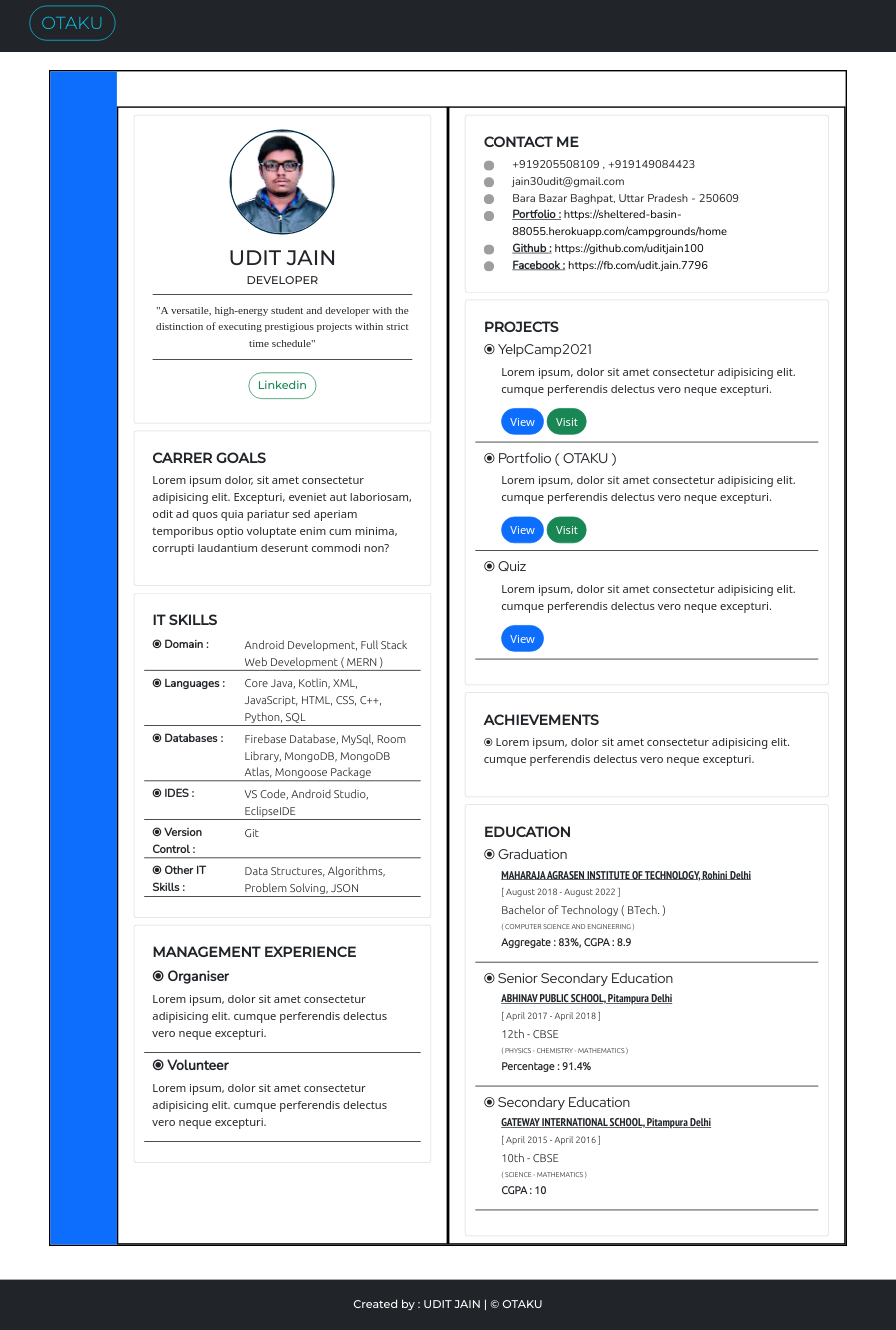
Repository: uditjain100/Responsive-Resume
Page: layouts/index.html
The author's editor kept a copy of each file at every save. The page is drawn from the files as they stood at one save, then again after the next save.
The browser window is 1280 px wide. The pictures show the whole page, at 70% of full size.
Pictures or frames that could not be fetched are drawn as grey boxes. Some web fonts or font styles are not loaded; a fallback is used. Some web libraries are served in a nearby version.

Above is the page before, as saved 2021-03-01 18:53:32.

### layouts/index.html
<!DOCTYPE html>
<html lang="en">
  <head>
    <meta charset="UTF-8" />
    <meta http-equiv="X-UA-Compatible" content="IE=edge" />
    <meta name="viewport" content="width=device-width, initial-scale=1.0" />
    <title>Udit Jain</title>
    <link rel="stylesheet" href="app.css" />
    <link
      href="https://cdn.jsdelivr.net/npm/bootstrap@5.0.0-beta1/dist/css/bootstrap.min.css"
      rel="stylesheet"
      integrity="sha384-giJF6kkoqNQ00vy+HMDP7azOuL0xtbfIcaT9wjKHr8RbDVddVHyTfAAsrekwKmP1"
      crossorigin="anonymous"
    />

    <link rel="preconnect" href="https://fonts.gstatic.com" />
    <link
      href="https://fonts.googleapis.com/css2?family=Montserrat:wght@300;500&display=swap"
      rel="stylesheet"
    />
    <link
      href="https://fonts.googleapis.com/css2?family=Roboto+Slab:wght@300&display=swap"
      rel="stylesheet"
    />
    <link
      href="https://fonts.googleapis.com/css2?family=Spartan:wght@500&display=swap"
      rel="stylesheet"
    />
    <link
      href="https://fonts.googleapis.com/css2?family=Red+Hat+Display&display=swap"
      rel="stylesheet"
    />
    <link
      href="https://fonts.googleapis.com/css2?family=Ubuntu:wght@300&display=swap"
      rel="stylesheet"
    />
    <link
      href="https://fonts.googleapis.com/css2?family=Quicksand:wght@700&display=swap"
      rel="stylesheet"
    />
    <link
      href="https://fonts.googleapis.com/css2?family=Nunito&display=swap"
      rel="stylesheet"
    />
    <link
      href="https://fonts.googleapis.com/css2?family=Akaya+Kanadaka&display=swap"
      rel="stylesheet"
    />
    <link
      href="https://fonts.googleapis.com/css2?family=Akaya+Kanadaka&family=PT+Sans+Narrow:wght@700&display=swap"
      rel="stylesheet"
    />
  </head>
  <body>
    <header class="header">
      <nav class="navbar navbar-expand-lg navbar-light bg-dark pb-3 fixed-top">
        <div class="container-fluid">
          <a
            id="navtitle"
            class="navbar-brand text-info px-3 rounded-pill border border-info"
            href="#"
            >OTAKU</a
          >
        </div>
      </nav>
    </header>

    <div class="container">
      <div id="wholewindow" class="row">
        <div class="col-1 bg-primary"></div>
        <div id="leftwindow" class="col-5">
          <div id="namebox" class="card">
            <img
              id="profileimg"
              src="profile.jpg"
              class="card-img-top"
              alt="..."
            />
            <div class="card-body">
              <h3 class="card-title" style="font-size: 30px; font-weight: 400">
                UDIT JAIN
              </h3>
              <h6 class="card-subtitle">DEVELOPER</h6>
              <p id="summary">
                "A versatile, high-energy student and developer with the
                distinction of executing prestigious projects within strict time
                schedule"
              </p>
              <a href="#" class="btn btn-outline-success rounded-pill m-2"
                >Linkedin</a
              >
            </div>
          </div>
          <div id="goalbox" class="card">
            <div class="card-body">
              <h3 class="card-title">CARRER GOALS</h3>
              <p>
                Lorem ipsum dolor, sit amet consectetur adipisicing elit.
                Excepturi, eveniet aut laboriosam, odit ad quos quia pariatur
                sed aperiam temporibus optio voluptate enim cum minima, corrupti
                laudantium deserunt commodi non?
              </p>
            </div>
          </div>
          <div id="itskillsbox" class="card">
            <div class="card-body">
              <h3 class="card-title">IT SKILLS</h3>
              <ul class="list-group">
                <li id="itskillsitem" class="row">
                  <span class="col-4" id="que">⦿ Domain : </span>
                  <span class="col-8" id="ans"
                    >Android Development, Full Stack Web Development ( MERN
                    )</span
                  >
                </li>
                <li id="itskillsitem" class="row">
                  <span class="col-4" id="que">⦿ Languages : </span>
                  <span class="col-8" id="ans"
                    >Core Java, Kotlin, XML, JavaScript, HTML, CSS, C++, Python,
                    SQL</span
                  >
                </li>
                <li id="itskillsitem" class="row">
                  <span class="col-4" id="que">⦿ Databases : </span>
                  <span class="col-8" id="ans"
                    >Firebase Database, MySql, Room Library, MongoDB, MongoDB
                    Atlas, Mongoose Package</span
                  >
                </li>
                <li id="itskillsitem" class="row">
                  <span class="col-4" id="que">⦿ IDES : </span>
                  <span class="col-8" id="ans"
                    >VS Code, Android Studio, EclipseIDE</span
                  >
                </li>
                <li id="itskillsitem" class="row">
                  <span class="col-4" id="que">⦿ Version Control : </span>
                  <span class="col-8" id="ans">Git</span>
                </li>
                <li id="itskillsitem" class="row">
                  <span class="col-4" id="que">⦿ Other IT Skills : </span>
                  <span class="col-8" id="ans"
                    >Data Structures, Algorithms, Problem Solving, JSON</span
                  >
                </li>
              </ul>
            </div>
          </div>
          <div id="managementskillsbox" class="card">
            <div class="card-body">
              <h3 class="card-title">MANAGEMENT EXPERIENCE</h3>
              <ul class="list-group">
                <li id="managementskillsitem" class="row">
                  <h5 id="que" class="display-10">⦿ Organiser</h5>
                  <p>
                    Lorem ipsum, dolor sit amet consectetur adipisicing elit.
                    cumque perferendis delectus vero neque excepturi.
                  </p>
                </li>
                <li id="managementskillsitem" class="row">
                  <h5 id="que" class="display-10">⦿ Volunteer</h5>
                  <p>
                    Lorem ipsum, dolor sit amet consectetur adipisicing elit.
                    cumque perferendis delectus vero neque excepturi.
                  </p>
                </li>
              </ul>
            </div>
          </div>
        </div>
        <div id="rightwindow" class="col-6">
          <div id="contactbox" class="card">
            <div class="card-body">
              <h3 class="card-title">CONTACT ME</h3>
              <ul class="list-group">
                <li id="contactitem" class="row">
                  <div class="col-1">
                    <img
                      src="https://cdn.jsdelivr.net/npm/simple-icons@3.0.1/icons/android.svg"
                      alt=""
                    />
                  </div>
                  <div class="col-11">+919205508109 , +919149084423</div>
                </li>
                <li id="contactitem" class="row">
                  <div class="col-1">
                    <img
                      src="https://cdn.jsdelivr.net/npm/simple-icons@3.0.1/icons/gmail.svg"
                      alt=""
                    />
                  </div>
                  <div class="col-11">jain30udit@gmail.com</div>
                </li>
                <li id="contactitem" class="row">
                  <div class="col-1">
                    <img
                      src="https://cdn.jsdelivr.net/npm/simple-icons@3.0.1/icons/googlemaps.svg"
                      alt=""
                    />
                  </div>
                  <div class="col-11">
                    Bara Bazar Baghpat, Uttar Pradesh - 250609
                  </div>
                </li>
                <li id="contactitem" class="row">
                  <div class="col-1">
                    <img
                      src="https://cdn.jsdelivr.net/npm/simple-icons@4.13.0/icons/webpack.svg"
                      alt=""
                    />
                  </div>
                  <div style="text-align: left; margin-left: 0" class="col-11">
                    <span style="text-decoration: underline; font-weight: 800"
                      >Portfolio :</span
                    >
                    <a
                      href="https://sheltered-basin-88055.herokuapp.com/campgrounds/home"
                      ><span
                        >https://sheltered-basin-88055.herokuapp.com/campgrounds/home</span
                      ></a
                    >
                  </div>
                </li>
                <li id="contactitem" class="row">
                  <div class="col-1">
                    <img
                      src="https://cdn.jsdelivr.net/npm/simple-icons@4.13.0/icons/github.svg"
                      alt=""
                    />
                  </div>
                  <div style="text-align: left; margin-left: 0" class="col-11">
                    <span style="text-decoration: underline; font-weight: 800"
                      >Github :</span
                    >
                    <a href="https://github.com/uditjain100"
                      ><span>https://github.com/uditjain100</span></a
                    >
                  </div>
                </li>
                <li id="contactitem" class="row">
                  <div class="col-1">
                    <img
                      src="https://cdn.jsdelivr.net/npm/simple-icons@4.13.0/icons/facebook.svg"
                      alt=""
                    />
                  </div>
                  <div style="text-align: left; margin-left: 0" class="col-11">
                    <span style="text-decoration: underline; font-weight: 800"
                      >Facebook :</span
                    >
                    <a href="https://fb.com/udit.jain.7796"
                      ><span>https://fb.com/udit.jain.7796</span></a
                    >
                  </div>
                </li>
              </ul>
            </div>
          </div>
          <div id="projectbox" class="card">
            <div class="card-body">
              <h3 class="card-title">PROJECTS</h3>
              <ul class="list-group">
                <li id="projectitem" class="row">
                  <h5 id="projecttitle" class="display-10">⦿ YelpCamp2021</h5>
                  <div id="projectdetails">
                    <p>
                      Lorem ipsum, dolor sit amet consectetur adipisicing elit.
                      cumque perferendis delectus vero neque excepturi.
                    </p>
                    <span>
                      <a href="" class="btn btn-primary rounded-pill">View</a>
                      <a href="" class="btn btn-success rounded-pill">Visit</a>
                    </span>
                  </div>
                </li>
                <li id="projectitem" class="row">
                  <h5 id="projecttitle" class="display-10">
                    ⦿ Portfolio ( OTAKU )
                  </h5>
                  <div id="projectdetails">
                    <p>
                      Lorem ipsum, dolor sit amet consectetur adipisicing elit.
                      cumque perferendis delectus vero neque excepturi.
                    </p>
                    <span>
                      <a
                        href="https://github.com/uditjain100/YelpCamp2021"
                        class="btn btn-primary rounded-pill"
                        >View</a
                      >
                      <a
                        href="https://sheltered-basin-88055.herokuapp.com/campgrounds/home"
                        class="btn btn-success rounded-pill"
                        >Visit</a
                      >
                    </span>
                  </div>
                </li>
                <li id="projectitem" class="row">
                  <h5 id="projecttitle" class="display-10">⦿ Quiz</h5>
                  <div id="projectdetails">
                    <p>
                      Lorem ipsum, dolor sit amet consectetur adipisicing elit.
                      cumque perferendis delectus vero neque excepturi.
                    </p>
                    <span>
                      <a
                        href="https://github.com/uditjain100/Quiz"
                        class="btn btn-primary rounded-pill"
                        >View</a
                      >
                    </span>
                  </div>
                </li>
              </ul>
            </div>
          </div>
          <div id="achievementsbox" class="card">
            <div class="card-body">
              <h3 class="card-title">ACHIEVEMENTS</h3>
              <ul class="list-group">
                <li id="achievementitem" class="row">
                  <p>
                    ⦿ Lorem ipsum, dolor sit amet consectetur adipisicing elit.
                    cumque perferendis delectus vero neque excepturi.
                  </p>
                </li>
              </ul>
            </div>
          </div>
          <div id="educationbox" class="card">
            <div class="card-body">
              <h3 class="card-title">EDUCATION</h3>
              <ul class="list-group">
                <li id="educationitem" class="row">
                  <h5 id="educationtitle" class="display-10">⦿ Graduation</h5>
                  <div id="details" style="margin-left: 25px">
                    <h6
                      id="institutename"
                      style="font-family: 'PT Sans Narrow'"
                      class="display-12"
                    >
                      MAHARAJA AGRASEN INSTITUTE OF TECHNOLOGY, Rohini Delhi
                    </h6>
                    <h6
                      class="text-fade"
                      id="timestamp"
                      style="font-weight: 400"
                    >
                      [ August 2018 - August 2022 ]
                    </h6>
                    <h6 id="stream">Bachelor of Technology ( BTech. )</h6>
                    <h6 id="subjects">( COMPUTER SCIENCE AND ENGINEERING )</h6>
                    <h6 id="marks">Aggregate : 83%, CGPA : 8.9</h6>
                  </div>
                </li>
                <li id="educationitem" class="row">
                  <h5 id="educationtitle" class="display-10">
                    ⦿ Senior Secondary Education
                  </h5>
                  <div id="details" style="margin-left: 25px">
                    <h6
                      id="institutename"
                      style="font-family: 'PT Sans Narrow'"
                      class="display-12"
                    >
                      ABHINAV PUBLIC SCHOOL, Pitampura Delhi
                    </h6>
                    <h6
                      class="text-fade"
                      id="timestamp"
                      style="font-weight: 400"
                    >
                      [ April 2017 - April 2018 ]
                    </h6>
                    <h6 id="stream">12th - CBSE</h6>
                    <h6 id="subjects">( PHYSICS - CHEMISTRY - MATHEMATICS )</h6>
                    <h6 id="marks">Percentage : 91.4%</h6>
                  </div>
                </li>
                <li id="educationitem" class="row">
                  <h5 id="educationtitle" class="display-10">
                    ⦿ Secondary Education
                  </h5>
                  <div id="details" style="margin-left: 25px">
                    <h6
                      id="institutename"
                      style="font-family: 'PT Sans Narrow'"
                      class="display-12"
                    >
                      GATEWAY INTERNATIONAL SCHOOL, Pitampura Delhi
                    </h6>
                    <h6
                      class="text-fade"
                      id="timestamp"
                      style="font-weight: 400"
                    >
                      [ April 2015 - April 2016 ]
                    </h6>
                    <h6 id="stream">10th - CBSE</h6>
                    <h6 id="subjects">( SCIENCE - MATHEMATICS )</h6>
                    <h6 id="marks">CGPA : 10</h6>
                  </div>
                </li>
              </ul>
            </div>
          </div>
        </div>
      </div>
    </div>

    <footer class="footer bg-dark mt-5 py-4">
      <div class="container">
        <span class="" style="text-align: center"
          >Created by : UDIT JAIN | &copy; OTAKU</span
        >
      </div>
    </footer>

    <script
      src="https://cdn.jsdelivr.net/npm/@popperjs/core@2.6.0/dist/umd/popper.min.js"
      integrity="sha384-KsvD1yqQ1/1+IA7gi3P0tyJcT3vR+NdBTt13hSJ2lnve8agRGXTTyNaBYmCR/Nwi"
      crossorigin="anonymous"
    ></script>
    <script
      src="https://cdn.jsdelivr.net/npm/bootstrap@5.0.0-beta2/dist/js/bootstrap.min.js"
      integrity="sha384-nsg8ua9HAw1y0W1btsyWgBklPnCUAFLuTMS2G72MMONqmOymq585AcH49TLBQObG"
      crossorigin="anonymous"
    ></script>

    <script src="https://cdnjs.cloudflare.com/ajax/libs/typed.js/2.0.11/typed.min.js"></script>

    <script src="app.js"></script>
  </body>
</html>

### layouts/app.css
/* * Common Section */

@keyframes transitionIn {
  from {
    opacity: 0;
    transform: rotateY(-10deg);
  }
  to {
    opacity: 1;
    transform: rotateY(0);
  }
}

html {
  animation: transitionIn 1s;
}

/* * Navbar Section */

#navtitle {
  font-family: "Montserrat";
  font-size: 25px;
  font-weight: 300;
  margin-left: 30px;
}

#navlist li {
  font-family: "Montserrat";
  font-weight: 200;
  margin: 10px;
  padding: 10px;
  font-size: 20px;
  transition: 0.1s;
  display: flex;
  flex-direction: column-reverse;
  align-items: center;
}

#navlist li img {
  width: 30px;
  display: none;
  height: 30px;
  margin: 5px;
  border-radius: 50%;
}

#navlist li:hover {
  font-weight: 500;
  border-bottom-left-radius: 10%;
  border-bottom-right-radius: 10%;
  border-bottom: 2px white solid;
}

@media (max-width: 993px) {
  #navlist li img {
    display: flex;
    background-color: grey;
  }
}

/*  ********************* resume work */

#wholewindow {
  margin-top: 100px;
  border: 2px black solid;
  display: flex;
  flex-direction: row;
  flex-wrap: wrap;
  justify-content: space-evenly;
  /* align-items: center; */
}

#leftwindow,
#rightwindow {
  margin-top: 50px;
  border: 2px black solid;
  min-width: 400px;
}

#namebox {
  display: flex;
  flex-direction: column;
  flex-wrap: wrap;
  justify-content: space-evenly;
  align-items: center;
  text-align: center;
  font-family: "Montserrat";
}

#profileimg {
  width: 150px;
  height: 150px;
  border-radius: 50%;
  border: 2px #003049 solid;
  margin-top: 10px;
}
#summary {
  font-family: "Akaya Kanadaka";
  margin-top: 10px;
  margin-bottom: 10px;
  padding-top: 10px;
  padding-bottom: 10px;

  border-bottom: 1px black solid;
  border-top: 1px black solid;
}

#itskillsitem,
#managementskillsitem {
  border-bottom: 1px black solid;
  margin-top: 3px;
  margin-bottom: 3px;
}

#que {
  font-family: "Nunito";
  font-weight: 900;
  text-align: left;
}

#ans {
  font-family: "Ubuntu";
  font-weight: 400;
  text-align: left;
}

li img {
  width: 15px;
  height: 15px;
  border-radius: 50%;
  margin-right: 5px;
}

#contactitem {
  font-family: "Nunito";
}

#contactitem div a {
  color: black;
  text-decoration: none;
  transition: 0.3s;
}

#contactitem div a:hover {
  color: dodgerblue;
  text-decoration: underline;
}

#educationtitle {
  font-family: "Red Hat Display";
  font-weight: 200;
}

#educationitem,
#projectitem {
  margin-bottom: 10px;
  padding-bottom: 10px;
  border-bottom: 1px black solid;
}

#details {
  font-family: "Ubuntu";
}

#institutename {
  text-decoration: underline;
}

#timestamp {
  font-size: 13px;
}

#stream {
  font-size: 16px;
  font-weight: 400;
}

#subjects {
  font-size: 10px;
  font-weight: 300;
}

#marks {
  font-size: 15px;
  font-weight: 700;
}

#projecttitle {
  font-family: "Red Hat Display";
  font-weight: 400;
}

#projectdetails {
  margin-left: 25px;
}

.card {
  margin: 10px;
  padding: 10px;
}

.card-title {
  font-family: "Montserrat";
  font-weight: 900;
  font-size: 20px;
}

/* * Common Section */

.footer {
  position: -webkit-sticky;
  left: 0;
  bottom: 0;
  width: 100%;
  color: white;
  text-align: center;
  font-family: "Montserrat";
}

Loaded but not shown: layouts/app.js (no copy from this time; the picture is the same without it)

After the next save:
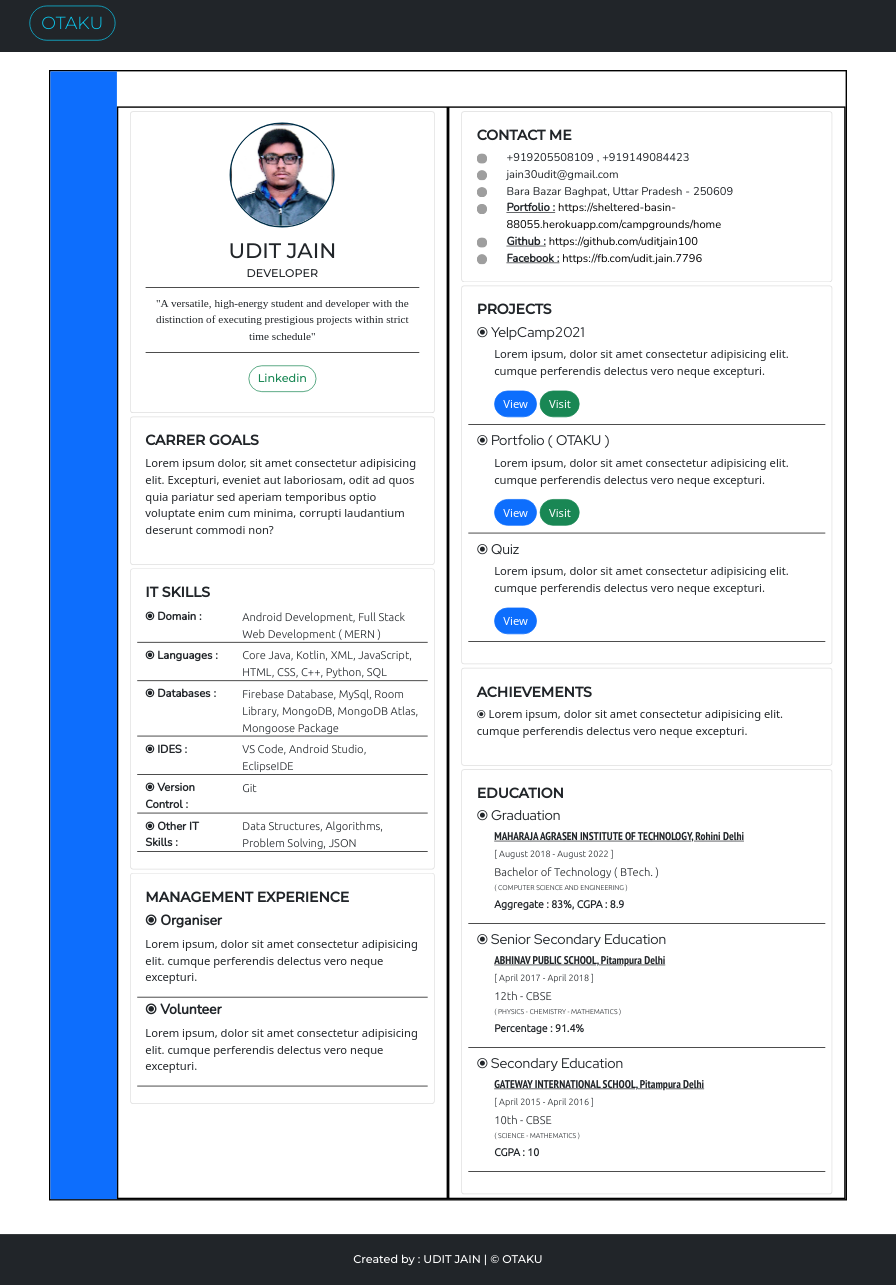
Saved 113 s later.
--- a/layouts/app.css
+++ b/layouts/app.css
@@ -195,8 +195,8 @@ li img {
 }
 
 .card {
-  margin: 10px;
-  padding: 10px;
+  margin: 5px;
+  padding: 5px;
 }
 
 .card-title {
